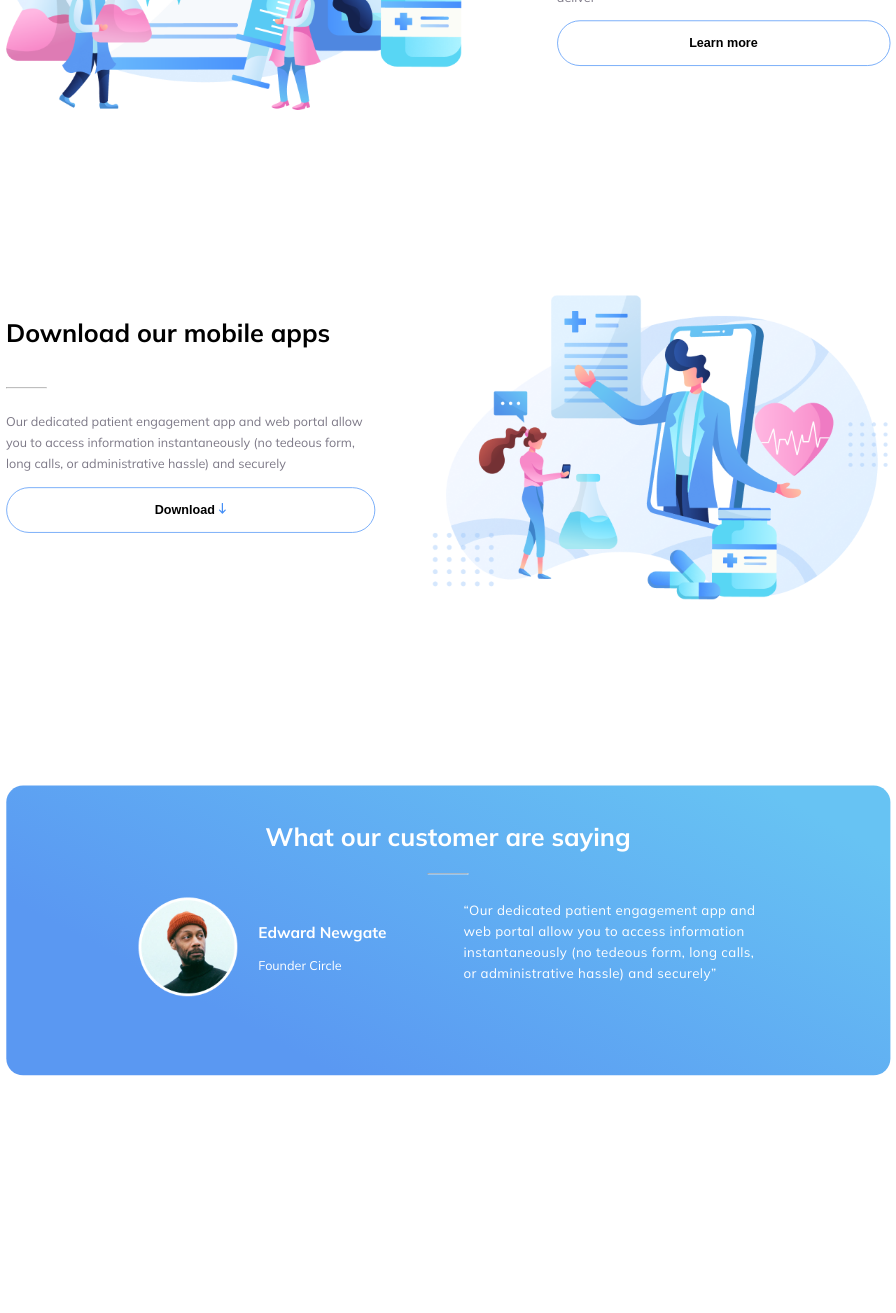
Repository: ivan-developer-01/trafalgar-layout
Page: index.html
An editor plug-in stored every save of this project. The page is shown before and after the next save, followed by the edit.
The browser window is 1280 px wide. The pictures show the part of the page from y = 2523 to 4443 px (the page is 4399 px tall before and 4443 px after), at 70% of full size.

Above is the page before, as saved 2024-11-08 16:19:20.

After the next save:
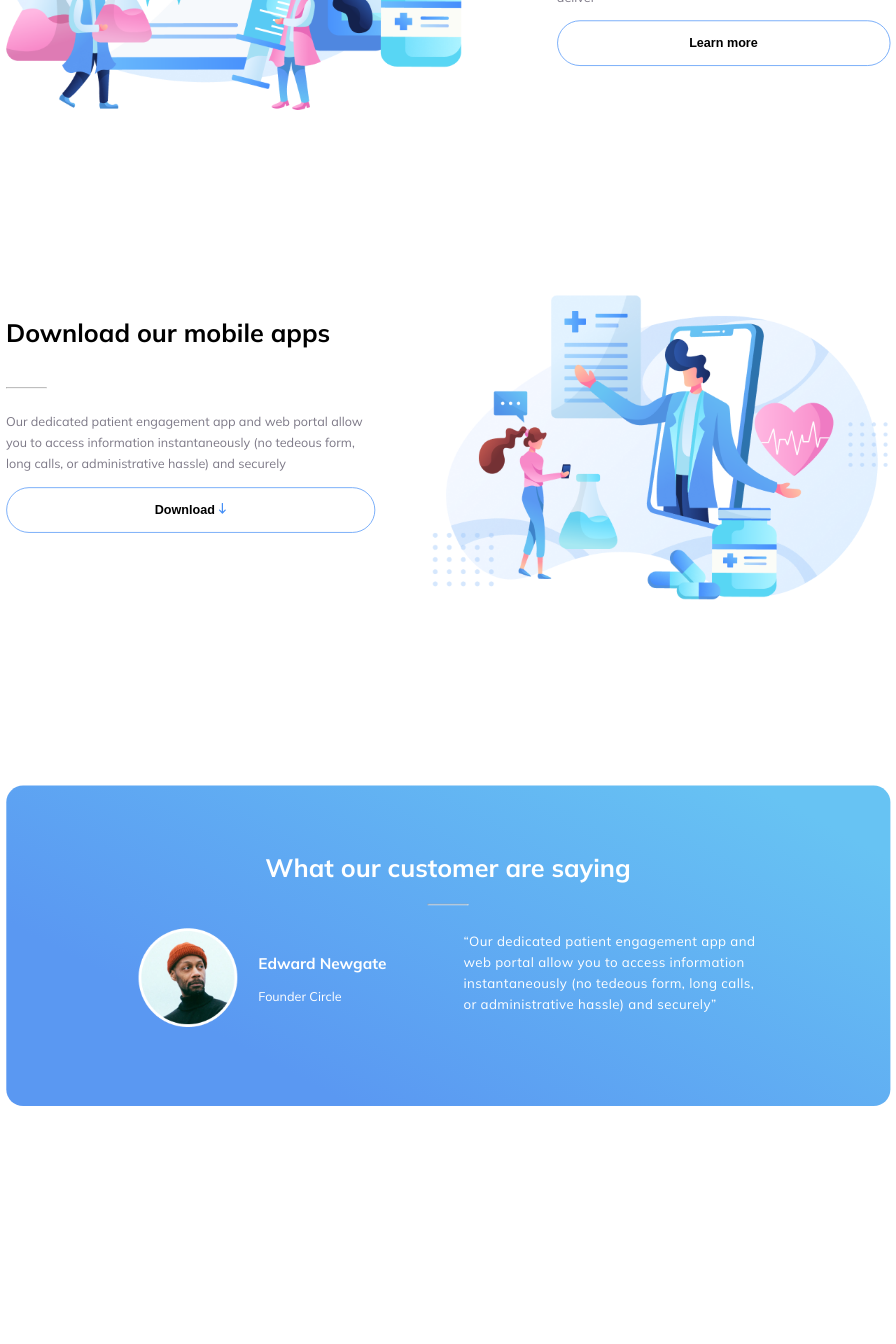
Saved 22 s later.
--- a/style.css
+++ b/style.css
@@ -237,7 +237,7 @@ p {
 	background: linear-gradient(208.18deg, #67C3F3 9.05%, #5A98F2 76.74%);
 	color: white;
 	text-align: center;
-	padding-top: 20px;
+	padding-top: 64px;
 	padding-bottom: 109px;
 	border-radius: 24px;
 }
